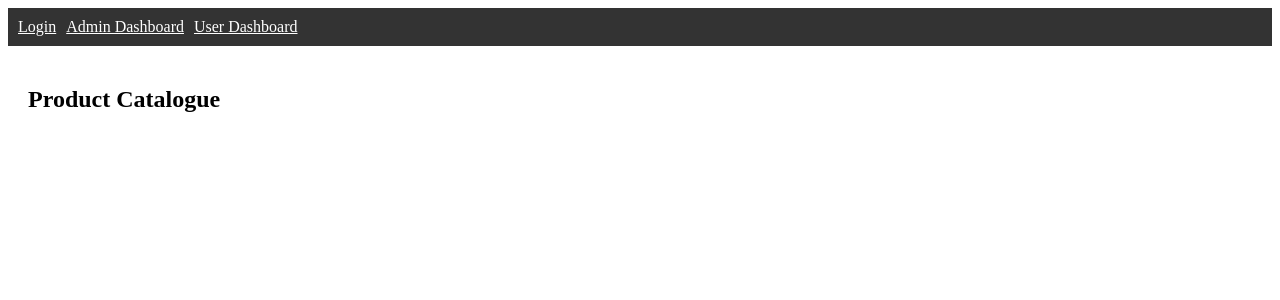
Repository: Hitesh8980/Agro
Page: / (app in Front_end/)
These files come from the project's save history. The page is drawn as it stood at one moment and after the next save; the edit follows.
The browser window is 1280 px wide. The pictures show the whole page.
The page's requests for data from a server got no answer. The project was rebuilt for these pictures with package versions that can differ from the ones it lists, and the page was loaded fresh each time. No one was signed in, and anything a server would have sent is missing. Also part of the build but not shown: Front_end/vite.config.js, Front_end/src/components/orderForm.jsx, Front_end/src/components/orderTracking.jsx, Front_end/src/components/adminDashBoard.jsx, Front_end/src/pages/AdminDashboardpage.jsx, Front_end/src/pages/UserDashboardpage.jsx, Front_end/src/pages/login.jsx, Front_end/src/pages/Logout.jsx.

Above is the page before, as saved 2024-11-28 09:17:24.

### Front_end/src/App.jsx
import React from 'react';
import { BrowserRouter as Router, Route, Routes } from 'react-router-dom';
import ProductCatalogue from './components/productCatalouge';
import OrderForm from './components/orderForm';
import OrderTracking from './components/orderTracking';
import AdminDashboardPage from './pages/AdminDashboardpage';
import UserDashboardPage from './pages/UserDashboardpage';
import Login from './pages/login';
import Logout from './pages/Logout';
import Navbar from './components/navbar';

function App() {
  return (
    <Router>
      <Navbar />
      <Routes>
        <Route path="/login" element={<Login />} />
        <Route path="/logout" element={<Logout />} />
        <Route path="/admin-dashboard" element={<AdminDashboardPage />} />
        <Route path="/user-dashboard" element={<UserDashboardPage />} />
        <Route path="/order-form" element={<OrderForm />} />
        <Route path="/order-tracking" element={<OrderTracking />} />
        <Route path="/" element={<ProductCatalogue />} />
      </Routes>
    </Router>
  );
}

export default App;

### Front_end/src/components/productCatalouge.jsx
import React, { useEffect, useState } from 'react';
import axios from 'axios';
import { useNavigate } from 'react-router-dom';

function ProductCatalogue() {
  const [products, setProducts] = useState([]);

  useEffect(() => {
    const fetchProducts = async () => {
      const response = await axios.get('https://agro-octr.onrender.com/products/');
      setProducts(response.data);
    };

    fetchProducts();
  }, []);
  const handleOrderNow = (product) => {
    navigate('/order-form', { state: { product } });
  };


  return (
    <div style={{ padding: '20px' }}>
      <h2>Product Catalogue</h2>
      <div style={{ display: 'flex', flexWrap: 'wrap' }}>
        {products.map((product) => (
          <div key={product._id} style={{ border: '1px solid #ddd', padding: '10px', margin: '10px', width: '30%' }}>
            <h3>{product.name}</h3>
            <p>Price: ${product.price}</p>
            <button style={{ padding: '10px 20px' }}>Order Now</button>
          </div>
        ))}
      </div>
    </div>
  );
}

export default ProductCatalogue;

### Front_end/src/components/navbar.jsx
import React from 'react';
import { Link } from 'react-router-dom';

function Navbar() {
  return (
    <nav style={{ padding: '10px', backgroundColor: '#333', color: 'white' }}>
      <Link to="/login" style={{ color: 'white', marginRight: '10px' }}>Login</Link>
      <Link to="/admin-dashboard" style={{ color: 'white', marginRight: '10px' }}>Admin Dashboard</Link>
      <Link to="/user-dashboard" style={{ color: 'white' }}>User Dashboard</Link>
    </nav>
  );
}

export default Navbar;

Loaded but not shown: Front_end/index.html (common file); Front_end/src/main.jsx (common file); Front_end/src/index.css (no stored copy; drawn as an empty file)

After the next save:
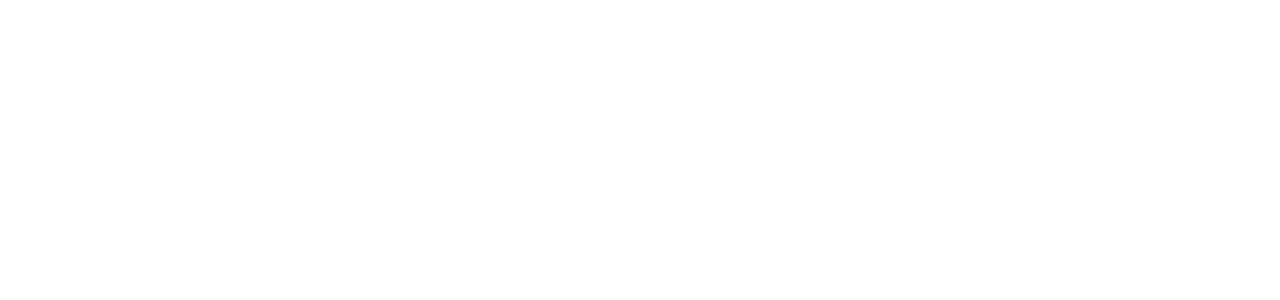
Console error: TypeError: Cannot read properties of null (reading 'useContext')
Saved 7 s later.
--- a/Front_end/src/components/productCatalouge.jsx
+++ b/Front_end/src/components/productCatalouge.jsx
@@ -1,6 +1,7 @@
 import React, { useEffect, useState } from 'react';
 import axios from 'axios';
 import { useNavigate } from 'react-router-dom';
+const navigate = useNavigate();
 
 function ProductCatalogue() {
   const [products, setProducts] = useState([]);

After the save that followed:
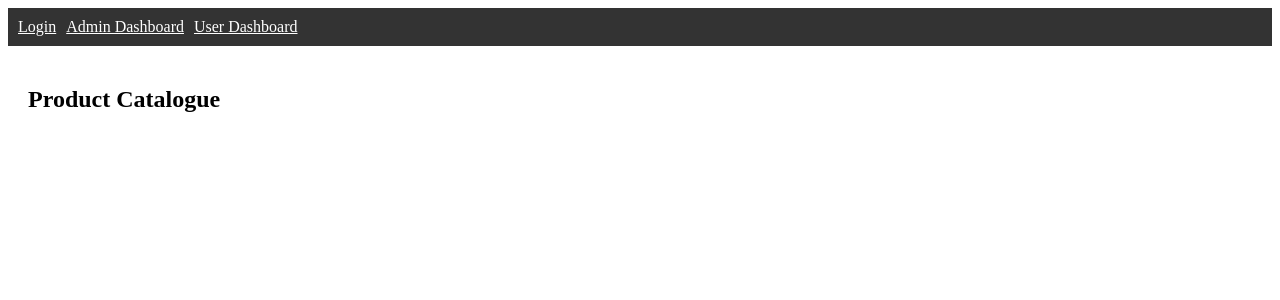
The error is gone.
Saved 9 s later.
--- a/Front_end/src/components/productCatalouge.jsx
+++ b/Front_end/src/components/productCatalouge.jsx
@@ -1,10 +1,10 @@
 import React, { useEffect, useState } from 'react';
 import axios from 'axios';
 import { useNavigate } from 'react-router-dom';
-const navigate = useNavigate();
 
 function ProductCatalogue() {
   const [products, setProducts] = useState([]);
+  const navigate = useNavigate();
 
   useEffect(() => {
     const fetchProducts = async () => {
